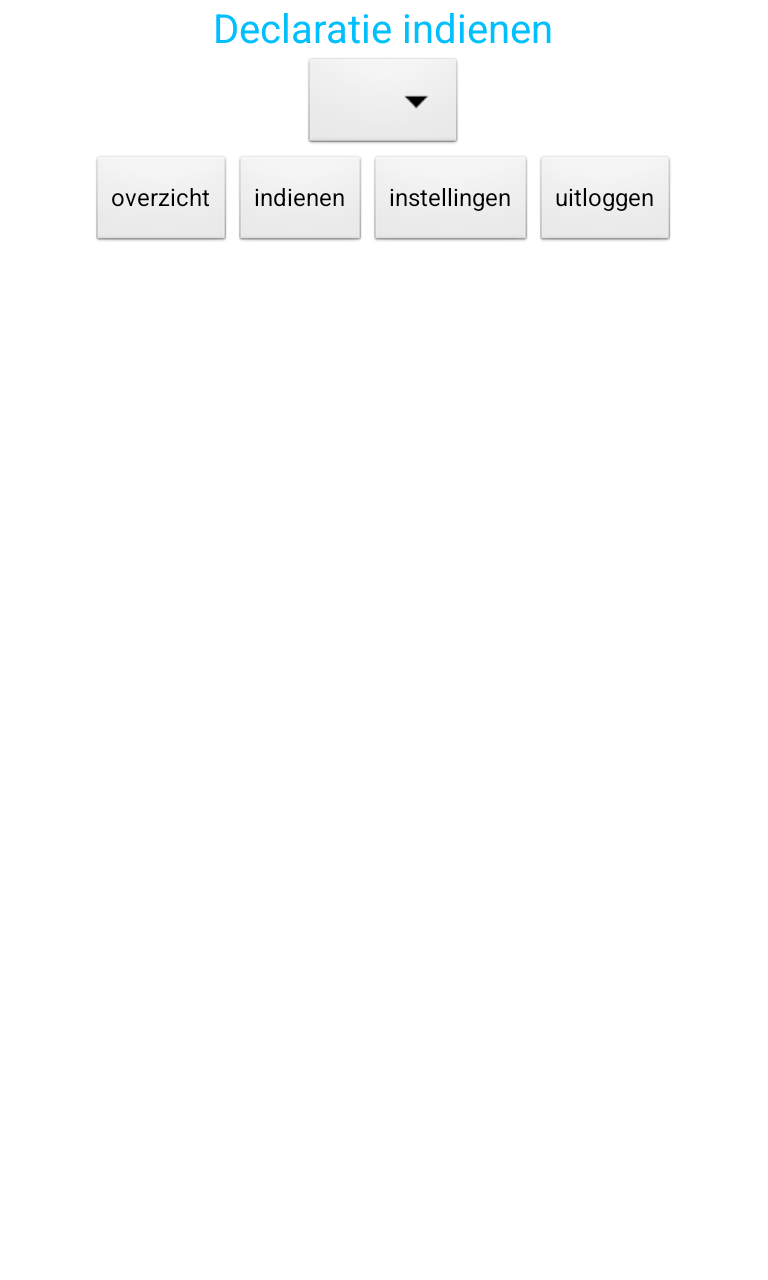
Repository: alexanderbolhuis/ilmoitus_mobile
Layout: LoginActivity/res/layout/activity_declare.xml
These files come from the project's save history. The layout is drawn as it stood at one moment and after the next save; the edit follows.
It is drawn on a 768 x 1280 px phone screen (xhdpi) without system bars, with theme AppTheme; the app's code is not run.

Above is the layout before, as saved 2014-05-04 18:55:48.

### LoginActivity/res/layout/activity_declare.xml
<LinearLayout xmlns:android="http://schemas.android.com/apk/res/android"
    xmlns:tools="http://schemas.android.com/tools"
    android:layout_width="match_parent"
    android:layout_height="match_parent"
    android:orientation="vertical"
    tools:ignore="all" >

    <TextView
        android:id="@+id/person_title"
        android:layout_width="wrap_content"
        android:layout_height="wrap_content"
        android:layout_gravity="center_horizontal"
        android:text="Declaratie indienen"
        android:textColor="#00BFFF"
        android:textSize="20sp" />

    <Spinner
      	android:id="@+id/spinner1"
        android:layout_width="wrap_content"
       	android:layout_height="50dp"
       	android:prompt="@string/prompt_spinner"
       	android:layout_gravity="center_horizontal"/>

    <LinearLayout
        android:layout_width="match_parent"
        android:layout_height="wrap_content"
        android:gravity="center" >

        <!-- TODO: make icons for the buttons -->

        <Button
            android:id="@+id/buttonOvervieuw"
            android:layout_width="wrap_content"
            android:layout_height="wrap_content"
            android:onClick="onButtonClick"
            android:text="@string/overvieuw"
            android:textSize="12sp" />

        <Button
            android:id="@+id/buttonDeclare"
            android:layout_width="wrap_content"
            android:layout_height="wrap_content"
            android:onClick="onDeclareButtonClick"
            android:text="@string/declare"
            android:textSize="12sp" />

        <Button
            android:id="@+id/buttonSetting"
            android:layout_width="wrap_content"
            android:layout_height="wrap_content"
            android:onClick="onButtonClick"
            android:text="@string/settings"
            android:textSize="12sp" />

        <Button
            android:id="@+id/buttonLogout"
            android:layout_width="wrap_content"
            android:layout_height="wrap_content"
            android:onClick="onButtonClick"
            android:text="@string/log_out"
            android:textSize="12sp" />
    </LinearLayout>

</LinearLayout>

### LoginActivity/res/values/styles.xml
<?xml version="1.0" encoding="utf-8"?>
<resources>

    <!--
Base application theme, dependent on API level. This theme is replaced
by AppBaseTheme from res/values-vXX/styles.xml on newer devices.

-->
    <style name="AppBaseTheme" parent="android:Theme.Light">
        <!--
Theme customizations available in newer API levels can go in
res/values-vXX/styles.xml, while customizations related to
backward-compatibility can go here.

-->
    </style>

    <!-- Application theme. -->
    <style name="AppTheme" parent="android:Theme.Light">
        <!-- All customizations that are NOT specific to a particular API-level can go here. -->
    </style>

    <style name="LoginFormContainer">
        <item name="android:layout_width">match_parent</item>
        <item name="android:layout_height">wrap_content</item>
        <item name="android:padding">16dp</item>
    </style>
    <color name="coloredText">#0000FF</color>
    <color name="background">#FFFFFF</color>

</resources>

### LoginActivity/res/values/strings.xml
<?xml version="1.0" encoding="utf-8"?>
<resources>

    <string name="app_name">Ilmoitus</string>
    <string name="action_settings">Settings</string>
    <string name="hello_world">Hello world!</string>
    <string name="declare">indienen</string>
    <string name="log_out">uitloggen</string>
    <string name="overvieuw">overzicht</string>
    <string name="settings">instellingen</string>
    <string name="title_activity_declare">DeclareActivity</string>
    <string name="title_activity_declare_item">DeclareItemActivity</string>

    <string name="prompt_spinner"></string>

</resources>

After the next save:
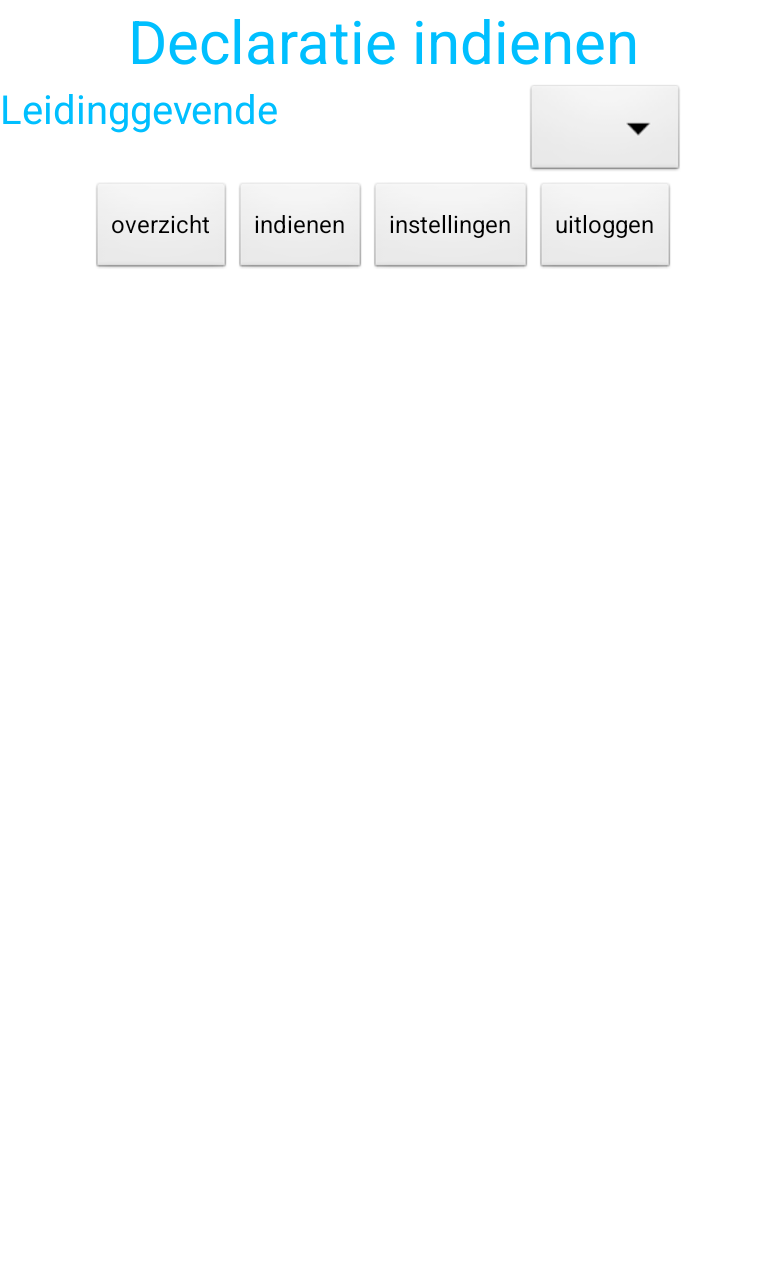
Saved 5 min 32 s later.
--- a/LoginActivity/res/layout/activity_declare.xml
+++ b/LoginActivity/res/layout/activity_declare.xml
@@ -1,7 +1,8 @@
+<?xml version="1.0" encoding="utf-8"?>
 <LinearLayout xmlns:android="http://schemas.android.com/apk/res/android"
     xmlns:tools="http://schemas.android.com/tools"
-    android:layout_width="match_parent"
-    android:layout_height="match_parent"
+    android:layout_width="fill_parent"
+    android:layout_height="fill_parent"
     android:orientation="vertical"
     tools:ignore="all" >
 
@@ -12,14 +13,35 @@
         android:layout_gravity="center_horizontal"
         android:text="Declaratie indienen"
         android:textColor="#00BFFF"
-        android:textSize="20sp" />
+        android:textSize="30dp" />
 
-    <Spinner
-      	android:id="@+id/spinner1"
-        android:layout_width="wrap_content"
-       	android:layout_height="50dp"
-       	android:prompt="@string/prompt_spinner"
-       	android:layout_gravity="center_horizontal"/>
+    <TableLayout
+        android:layout_width="fill_parent"
+        android:layout_height="wrap_content"
+        android:shrinkColumns="*"
+        android:stretchColumns="*"
+        android:orientation="vertical" >
+
+        <TableRow
+            android:id="@+id/tableRow1"
+            android:layout_width="match_parent"
+            android:layout_height="wrap_content"
+            android:gravity="center_horizontal">
+
+            <TextView
+		        android:text="Leidinggevende"
+		        android:textColor="#00BFFF"
+		        android:textSize="20sp" />
+            <Spinner
+		      	android:id="@+id/spinner1"
+		        android:layout_width="wrap_content"
+		       	android:layout_height="50dp"
+		       	android:prompt="@string/prompt_spinner"
+		       	android:layout_gravity="center_horizontal"/>
+
+        </TableRow>
+
+	</TableLayout>
 
     <LinearLayout
         android:layout_width="match_parent"
